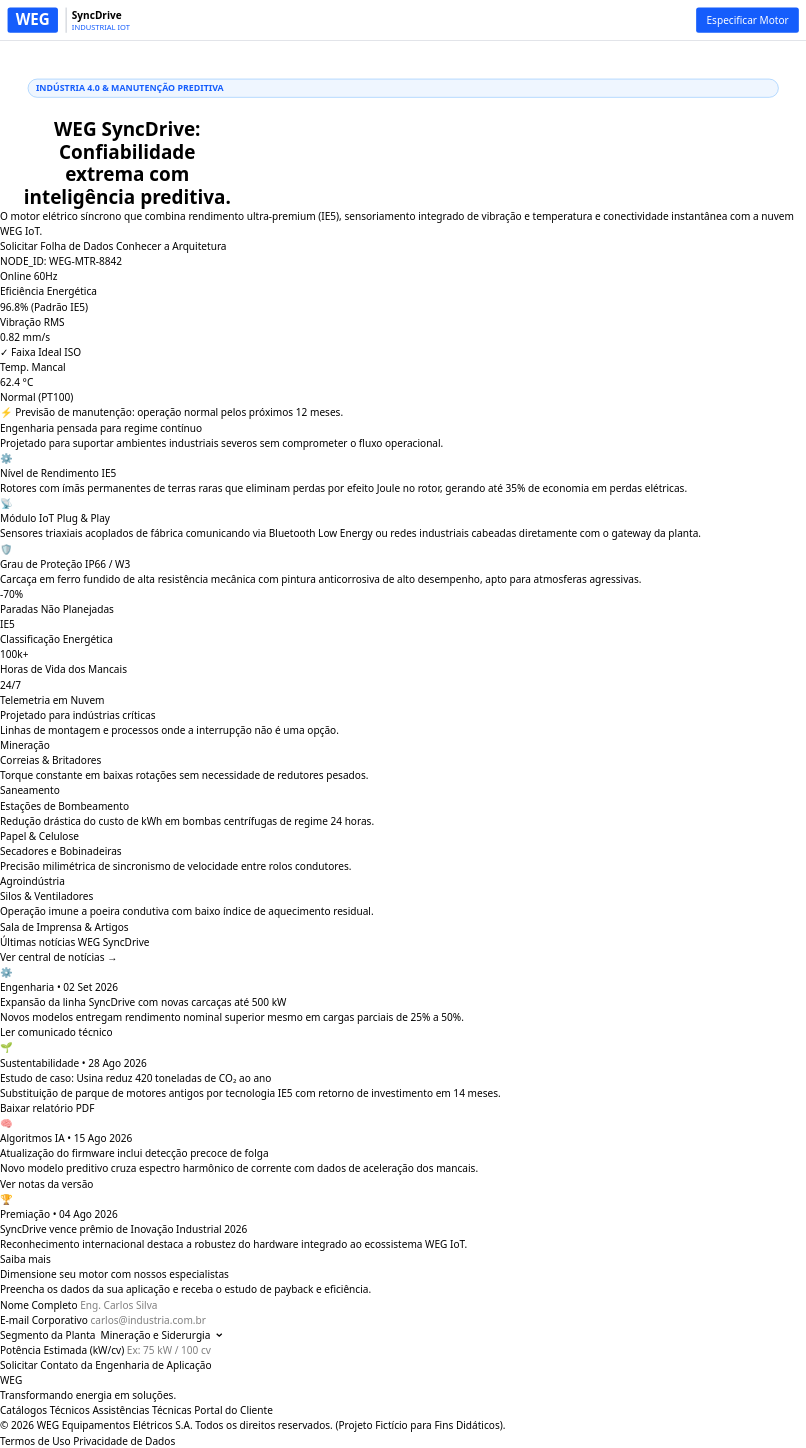
Repository: camilewng/Exercicio-Tailwind
Page: index.html
An editor plug-in stored every save of this project. The page is shown before and after a run of saves, followed by the edit.
The browser window is 1280 px wide. The pictures show the whole page, at 63% of full size.

Above is the page before, as saved 2026-09-08 19:19:05.

After the next 3 saves:
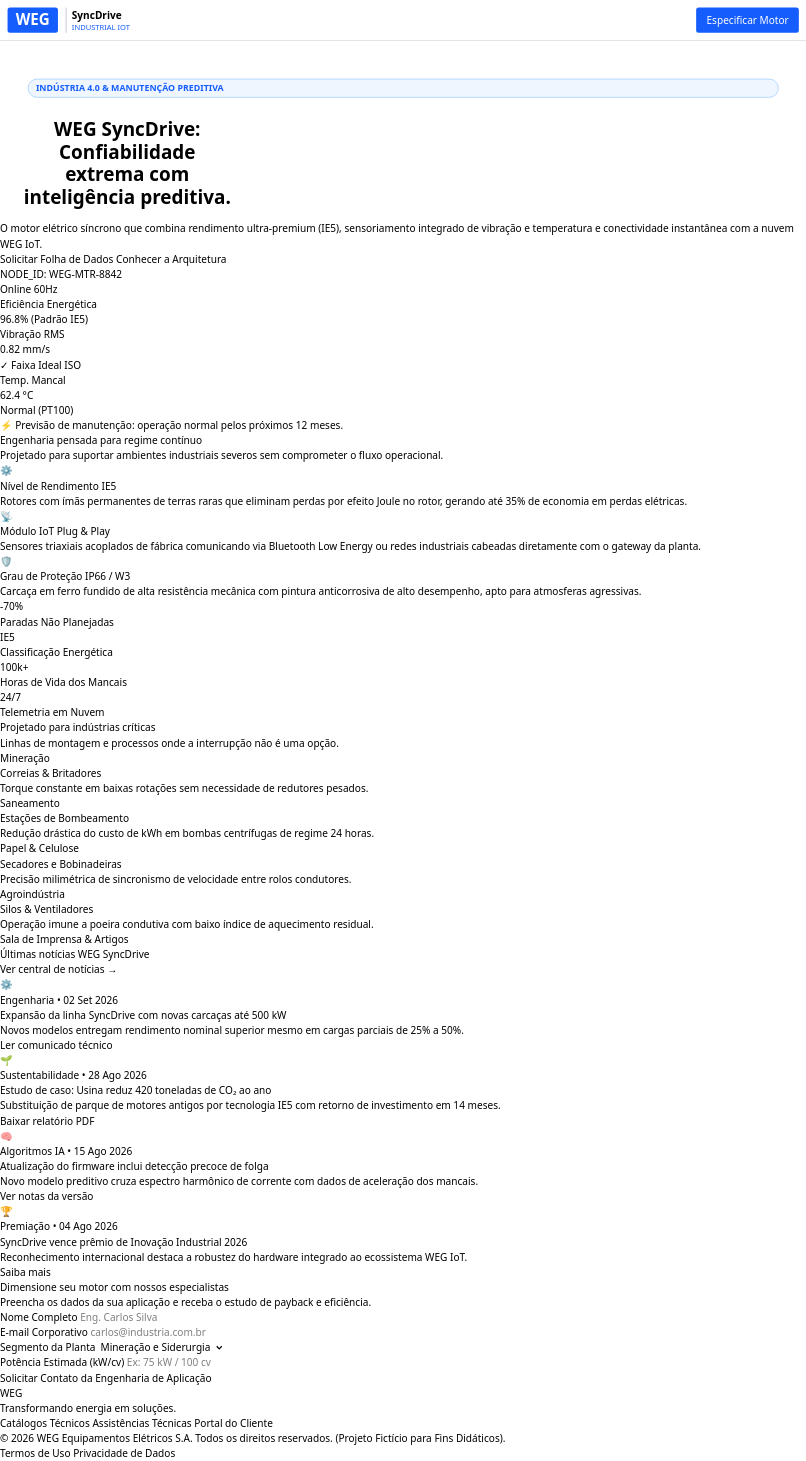
The 3 saves are shown as one change because they came seconds apart.
The last was saved 10 s later.
--- a/index.html
+++ b/index.html
@@ -62,7 +62,7 @@
                          font-semibold p-1 px-3 rounded-4xl flex mx-11 mb-8">
               Indústria 4.0 & Manutenção Preditiva
             </span>
-            <h1 class="font-black text-3xl text-center w-85 mx-8">WEG SyncDrive: Confiabilidade extrema com inteligência preditiva.</h1>
+            <h1 class="font-black text-3xl text-center w-85 mx-8 mb-5">WEG SyncDrive: Confiabilidade extrema com inteligência preditiva.</h1>
             <p>
               O motor elétrico síncrono que combina rendimento ultra-premium (IE5), sensoriamento integrado de vibração e temperatura e conectividade instantânea com a nuvem WEG IoT.
             </p>
